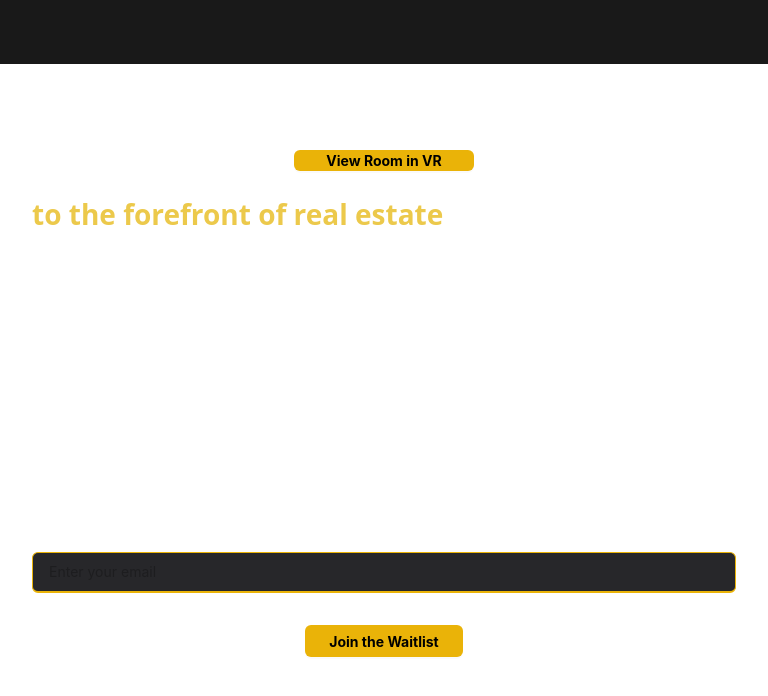
Repository: brytemenz/investnest-landing
Page: /
An editor plug-in stored every save of this project. The page is shown before and after the next save, followed by the edit.
The browser window is 768 px wide. The pictures show the whole page.
The project was rebuilt for these pictures with package versions that can differ from the ones it lists, and the page was loaded fresh each time. Also part of the build but not shown: vite.config.js, src/components/ThreeDImage.jsx, src/pages/landingPage.css.

Above is the page before, as saved 2024-06-06 15:26:13.

After the next save:
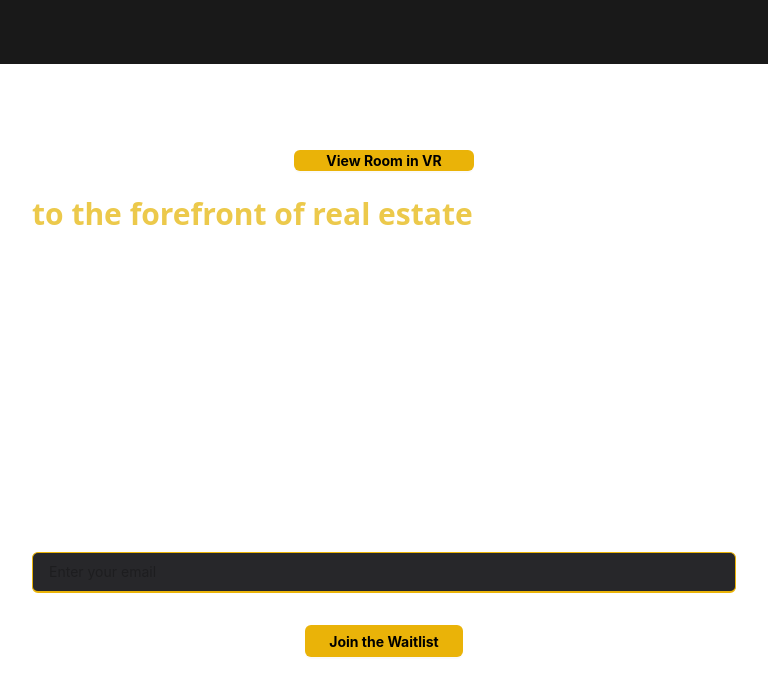
Saved 20 s later.
--- a/src/landingPage.css
+++ b/src/landingPage.css
@@ -1,3 +1,62 @@
+/* src/landingPage.css */
+.bg-cover {
+  background-size: cover;
+}
+
+.bg-center {
+  background-position: center;
+}
+
+
+/* landingPage.css */
+/* landingPage.css */
+.left-image {
+  height: 100%;
+  background-image: url('./assets/leftimage.jpg'); /* Ensure the path is correct */
+  background-size: cover;
+  background-position: center;
+  background-repeat: no-repeat;
+}
+
+@keyframes fadeIn {
+  from {
+    opacity: 0;
+  }
+  to {
+    opacity: 1;
+  }
+}
+
+.landing-page.loaded {
+  animation: fadeIn 0.5s ease-in-out;
+}
+
+@keyframes fadeIn {
+  from {
+    opacity: 0;
+  }
+  to {
+    opacity: 1;
+  }
+}
+
+.landing-page.loaded {
+  animation: fadeIn 0.5s ease-in-out;
+}
+
+.hover\:text-gold:hover {
+  color: gold;
+}
+
+.hover\:px-6:hover {
+  padding-left: 1.5rem;
+  padding-right: 1.5rem;
+}
+
+.hover\:py-3:hover {
+  padding-top: 0.75rem;
+  padding-bottom: 0.75rem;
+}
 .landing-page {
   display: flex;
   flex-direction: column;
@@ -29,79 +88,3 @@
 .text-yellow-500 {
   color: #ecc94b;
 }
-
-.full-height {
-  height: 100%;
-}
-
-.relative {
-  position: relative;
-}
-
-.absolute {
-  position: absolute;
-}
-
-.bg-black-opacity {
-  background: rgba(0, 0, 0, 0.9);
-}
-
-.flex-column-center {
-  display: flex;
-  flex-direction: column;
-  justify-content: center;
-  align-items: center;
-}
-
-@media (max-width: 768px) {
-  .text-left {
-    text-align: left;
-  }
-
-  .text-center {
-    text-align: center;
-  }
-
-  .mt-32 {
-    margin-top: 8rem;
-  }
-
-  .mt-80 {
-    margin-top: 20rem;
-  }
-
-  .mt-20 {
-    margin-top: 5rem;
-  }
-
-  .mt-8 {
-    margin-top: 2rem;
-  }
-
-  .text-3xl {
-    font-size: 1.75rem;
-  }
-
-  .px-4 {
-    padding-left: 1rem;
-    padding-right: 1rem;
-  }
-
-  .px-6 {
-    padding-left: 1.5rem;
-    padding-right: 1.5rem;
-  }
-
-  .px-8 {
-    padding-left: 2rem;
-    padding-right: 2rem;
-  }
-
-  .font-bold {
-    font-weight: 700;
-  }
-
-  .leading-normal {
-    line-height: 1.5;
-  }
-}
